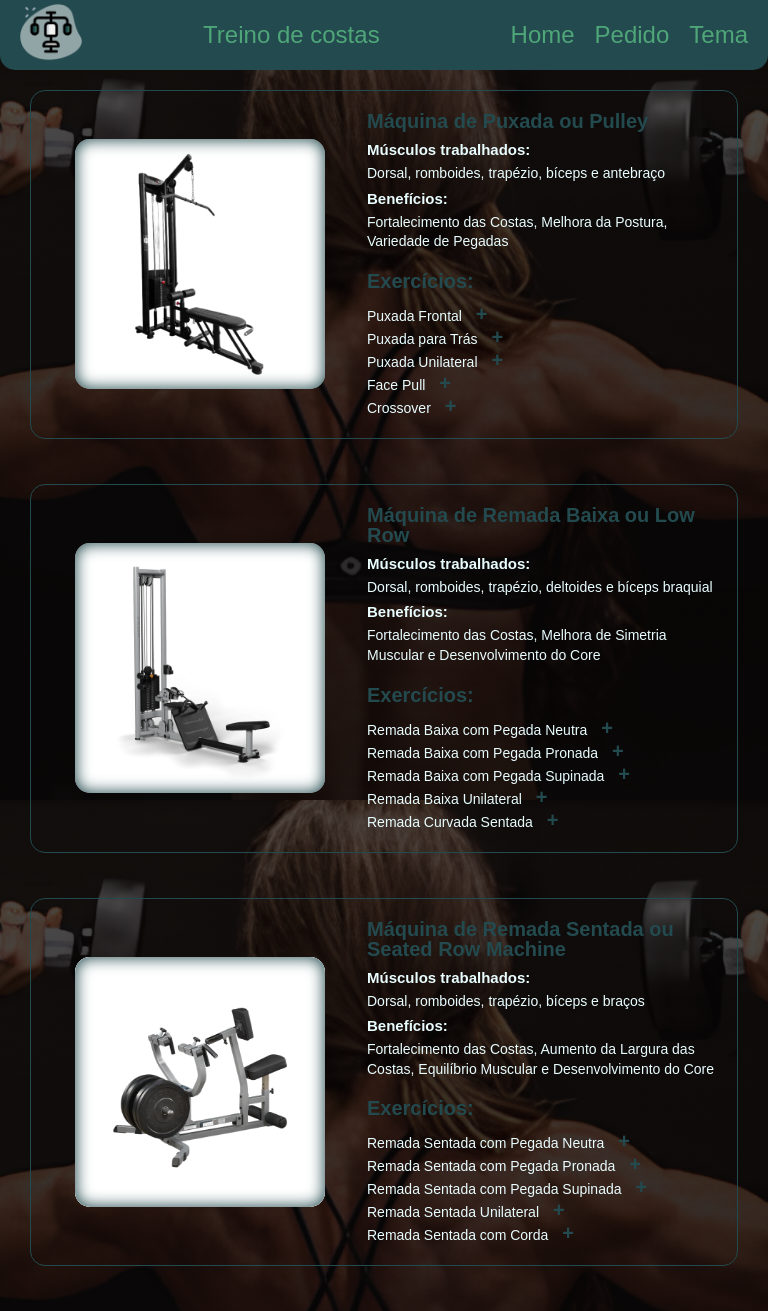
Repository: Marinalr-25/Projeto-Aparelhos-de-Academia
Page: costas.html
An editor plug-in stored every save of this project. The page is shown before and after the next save, followed by the edit.
The browser window is 768 px wide. The pictures show the whole page.
Backgrounds fixed to the window are drawn as part of the page.

Above is the page before, as saved 2025-01-07 15:29:35.
Console error: TypeError: Cannot read properties of null (reading 'addEventListener')

After the next save:
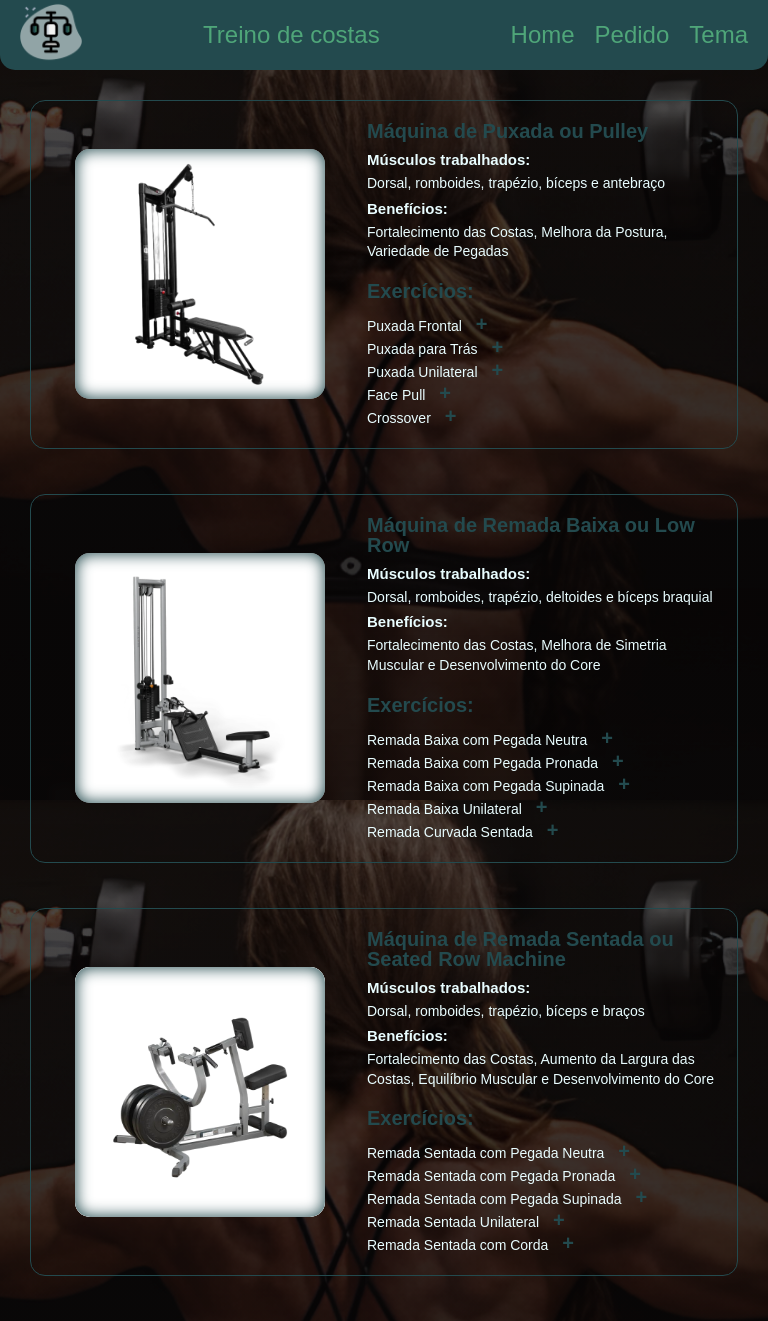
Saved 6 s later.
--- a/css/media-990.css
+++ b/css/media-990.css
@@ -2,7 +2,7 @@
   .body.costas {
     background-size: cover;
     & .mainBody {
-      margin-top: 8rem;
+      margin-top: 10rem;
       & .container {
         & .maquinas {
           display: grid;
